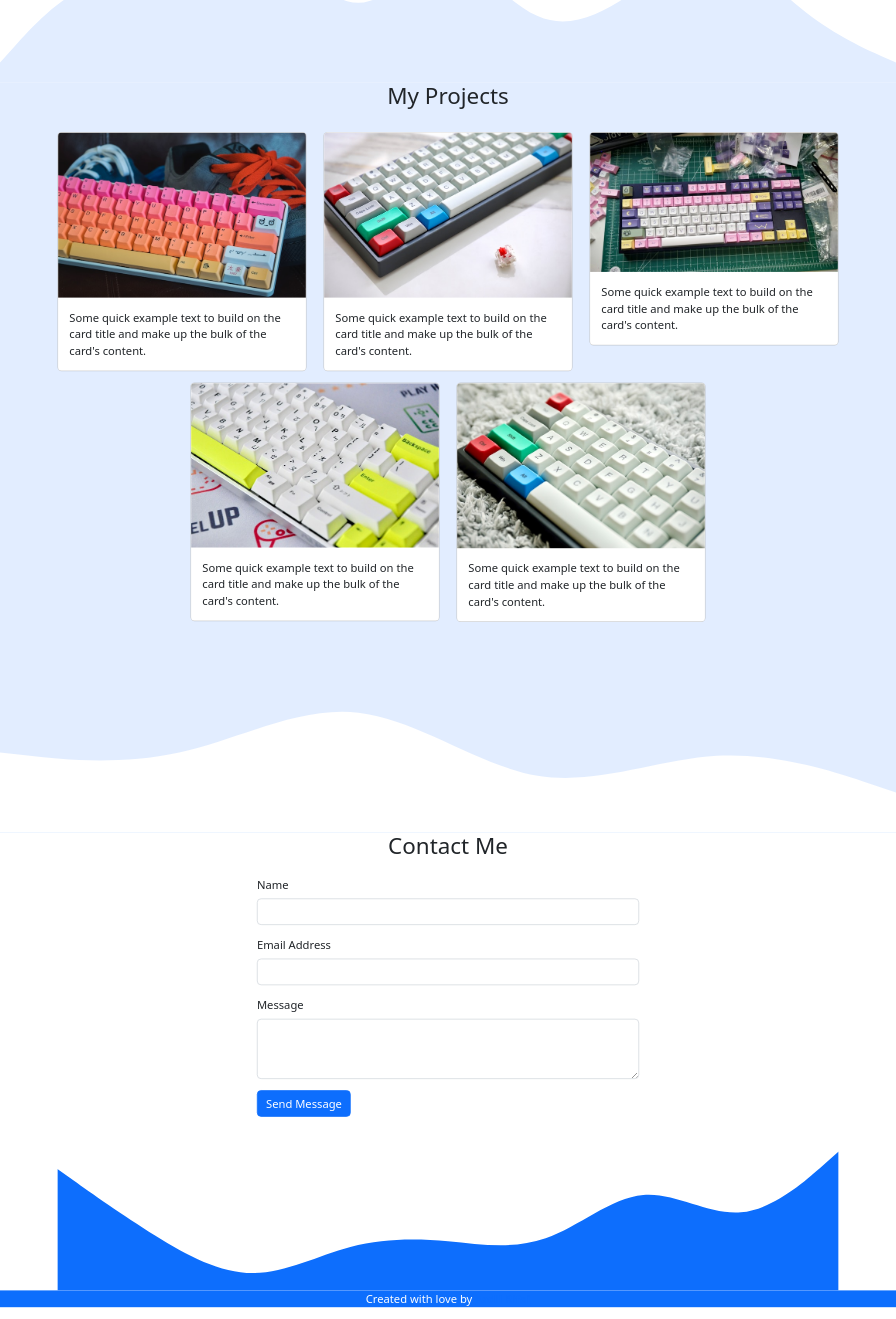
Repository: fadlyyy/fadli-dev.github.io
Page: index.html
The author's editor kept a copy of each file at every save. The page is drawn from the files as they stood at one save, then again after a run of saves.
The browser window is 1280 px wide. The pictures show the part of the page from y = 1368 to 3288 px (the page is 3252 px tall before and 3288 px after), at 70% of full size.

Above is the page before, as saved 2024-01-19 16:09:20.

### index.html
<!DOCTYPE html>
<html lang="en">
  <head>
    <meta charset="utf-8" />
    <meta name="viewport" content="width=device-width, initial-scale=1" />
    <title>Bootstrap demo</title>
    <link href="https://cdn.jsdelivr.net/npm/bootstrap@5.2.3/dist/css/bootstrap.min.css" rel="stylesheet" integrity="sha384-rbsA2VBKQhggwzxH7pPCaAqO46MgnOM80zW1RWuH61DGLwZJEdK2Kadq2F9CUG65" crossorigin="anonymous" />
    <link rel="stylesheet" href="style.css" />
  </head>
  <body>
    <!-- Navbar -->
    <nav class="navbar navbar-expand-lg navbar-dark bg-primary shadow">
      <div class="container">
        <a class="navbar-brand fs-3" href="#">Fadli Rifai</a>
        <button class="navbar-toggler" type="button" data-bs-toggle="collapse" data-bs-target="#navbarNav" aria-controls="navbarNav" aria-expanded="false" aria-label="Toggle navigation">
          <span class="navbar-toggler-icon"></span>
        </button>
        <div class="collapse navbar-collapse" id="navbarNav">
          <ul class="navbar-nav ms-auto">
            <li class="nav-item">
              <a class="nav-link active" aria-current="page" href="#">Home</a>
            </li>
            <li class="nav-item">
              <a class="nav-link" href="#">About</a>
            </li>
            <li class="nav-item">
              <a class="nav-link" href="#">Projects</a>
            </li>
            <li class="nav-item">
              <a class="nav-link" href="#">Contact</a>
            </li>
          </ul>
        </div>
      </div>
    </nav>
    <!-- Navbar End -->

    <!-- Jumbotron -->
    <section class="jumbotron text-center">
      <img class="rounded-circle img-thumbnail" src="img/images.jpeg" alt="" width="250" />
      <h1 class="display-4">Fadli Rifai</h1>
      <p class="lead">Fullstack Developer</p>
      <svg xmlns="http://www.w3.org/2000/svg" viewBox="0 0 1440 320">
        <path
          fill="#ffffff"
          fill-opacity="1"
          d="M0,160L24,176C48,192,96,224,144,245.3C192,267,240,277,288,261.3C336,245,384,203,432,181.3C480,160,528,160,576,170.7C624,181,672,203,720,213.3C768,224,816,224,864,218.7C912,213,960,203,1008,213.3C1056,224,1104,256,1152,261.3C1200,267,1248,245,1296,229.3C1344,213,1392,203,1416,197.3L1440,192L1440,320L1416,320C1392,320,1344,320,1296,320C1248,320,1200,320,1152,320C1104,320,1056,320,1008,320C960,320,912,320,864,320C816,320,768,320,720,320C672,320,624,320,576,320C528,320,480,320,432,320C384,320,336,320,288,320C240,320,192,320,144,320C96,320,48,320,24,320L0,320Z"
        ></path>
      </svg>
    </section>
    <!-- Jumbotron End -->

    <!-- About -->
    <section id="about">
      <div class="container">
        <div class="row text-center mb-4">
          <div class="col">
            <h2>About Me</h2>
          </div>
        </div>
        <div class="row justify-content-center fs-5 text-center">
          <div class="col-md-4">
            <p class="">
              Lorem, ipsum dolor sit amet consectetur adipisicing elit. Aliquid, et perspiciatis. Vero veritatis temporibus ipsa, tenetur natus dolores atque vitae laborum rerum! Pariatur est facilis fugit nemo. Incidunt repudiandae quod
              aspernatur asperiores, unde ea soluta.
            </p>
          </div>
          <div class="col-md-4">
            <p>
              Lorem ipsum dolor sit amet consectetur adipisicing elit. Perferendis rem quaerat, commodi laudantium quam sequi eos delectus, repudiandae magni aut harum nisi fugiat reiciendis natus similique accusantium non repellat
              consectetur facilis praesentium libero vel. Obcaecati modi nihil, aperiam sint qui animi optio laborum earum hic neque sed voluptatibus dolores reiciendis.
            </p>
          </div>
        </div>
      </div>
      <svg xmlns="http://www.w3.org/2000/svg" viewBox="0 0 1440 320">
        <path
          fill="#e2edff"
          fill-opacity="1"
          d="M0,288L24,261.3C48,235,96,181,144,165.3C192,149,240,171,288,160C336,149,384,107,432,117.3C480,128,528,192,576,192C624,192,672,128,720,128C768,128,816,192,864,213.3C912,235,960,213,1008,181.3C1056,149,1104,107,1152,112C1200,117,1248,171,1296,208C1344,245,1392,267,1416,277.3L1440,288L1440,320L1416,320C1392,320,1344,320,1296,320C1248,320,1200,320,1152,320C1104,320,1056,320,1008,320C960,320,912,320,864,320C816,320,768,320,720,320C672,320,624,320,576,320C528,320,480,320,432,320C384,320,336,320,288,320C240,320,192,320,144,320C96,320,48,320,24,320L0,320Z"
        ></path>
      </svg>
    </section>
    <!-- About End -->

    <!-- Section Projects -->
    <section id="projects">
      <div class="container">
        <div class="row mb-4">
          <div class="col text-center">
            <h2>My Projects</h2>
          </div>
        </div>
        <div class="row justify-content-center">
          <div class="col-md-4 mb-3 child">
            <div class="card">
              <img src="img/projects/Projects1.jpg" class="card-img-top" alt="..." />
              <div class="card-body">
                <p class="card-text">Some quick example text to build on the card title and make up the bulk of the card's content.</p>
              </div>
            </div>
          </div>
          <div class="col-md-4 mb-3 child">
            <div class="card">
              <img src="img/projects/Projects2.jpg" class="card-img-top" alt="..." />
              <div class="card-body">
                <p class="card-text">Some quick example text to build on the card title and make up the bulk of the card's content.</p>
              </div>
            </div>
          </div>
          <div class="col-md-4 mb-3 child">
            <div class="card">
              <img src="img/projects/Projects3.jpg" class="card-img-top" alt="..." />
              <div class="card-body">
                <p class="card-text">Some quick example text to build on the card title and make up the bulk of the card's content.</p>
              </div>
            </div>
          </div>
          <div class="col-md-4 mb-3 child">
            <div class="card">
              <img src="img/projects/Projects4.jpg" class="card-img-top" alt="..." />
              <div class="card-body">
                <p class="card-text">Some quick example text to build on the card title and make up the bulk of the card's content.</p>
              </div>
            </div>
          </div>
          <div class="col-md-4 mb-3 child">
            <div class="card">
              <img src="img/projects/Projects5.jpg" class="card-img-top" alt="..." />
              <div class="card-body">
                <p class="card-text">Some quick example text to build on the card title and make up the bulk of the card's content.</p>
              </div>
            </div>
          </div>
        </div>
      </div>
      <svg xmlns="http://www.w3.org/2000/svg" viewBox="0 0 1440 320"><path fill="#fff" fill-opacity="1" d="M0,192L48,197.3C96,203,192,213,288,192C384,171,480,117,576,128C672,139,768,213,864,229.3C960,245,1056,203,1152,197.3C1248,192,1344,224,1392,240L1440,256L1440,320L1392,320C1344,320,1248,320,1152,320C1056,320,960,320,864,320C768,320,672,320,576,320C480,320,384,320,288,320C192,320,96,320,48,320L0,320Z"></path></svg>
    </section>
    <!-- End Section Projects -->

    <!-- Contact -->
    <section id="contact">
      <div class="container">
        <div class="row text-center mb-3">
          <div class="col">
            <h2>Contact Me</h2>
          </div>
        </div>
        <div class="row justify-content-center">
          <div class="col-md-6">
            <form>
              <div class="mb-3">
                <label for="name" class="form-label">Name</label>
                <input type="text" class="form-control" id="name" aria-describedby="name" />
              </div>
              <div class="mb-3">
                <label for="email" class="form-label">Email Address</label>
                <input type="email" class="form-control" id="email" aria-describedby="email" />
              </div>
              <div class="mb-3">
                <label for="message" class="form-label">Message</label>
                <textarea class="form-control" id="message" rows="3"></textarea>
              </div>
              <button type="submit" class="btn btn-primary">Send Message</button>
            </form>
          </div>
        </div>
        <svg xmlns="http://www.w3.org/2000/svg" viewBox="0 0 1440 320"><path fill="#0d6efd" fill-opacity="1" d="M0,96L30,117.3C60,139,120,181,180,218.7C240,256,300,288,360,288C420,288,480,256,540,240C600,224,660,224,720,229.3C780,235,840,245,900,224C960,203,1020,149,1080,144C1140,139,1200,181,1260,176C1320,171,1380,117,1410,90.7L1440,64L1440,320L1410,320C1380,320,1320,320,1260,320C1200,320,1140,320,1080,320C1020,320,960,320,900,320C840,320,780,320,720,320C660,320,600,320,540,320C480,320,420,320,360,320C300,320,240,320,180,320C120,320,60,320,30,320L0,320Z"></path></svg>
      </div>
    <!-- End Contact -->

    <!-- Footer -->
    <footer class="bg-primary text-center">
      <p class="text-white">Created with love by <a href="#" class="fw-bold">Fadli Rifai</a></p>
    </footer>
    <!-- Footer End -->

    <script src="https://cdn.jsdelivr.net/npm/bootstrap@5.2.3/dist/js/bootstrap.bundle.min.js" integrity="sha384-kenU1KFdBIe4zVF0s0G1M5b4hcpxyD9F7jL+jjXkk+Q2h455rYXK/7HAuoJl+0I4" crossorigin="anonymous"></script>
  </body>
</html>

### style.css
.jumbotron {
  padding-top: 2rem;
  background-color: #e2edff;
}

#projects {
  background-color: #e2edff;
}

#projects .child {
  transition: all 0.2s ease-in-out;
}

#projects .child:hover {
  scale: 1.04;
}

After the next 2 saves:
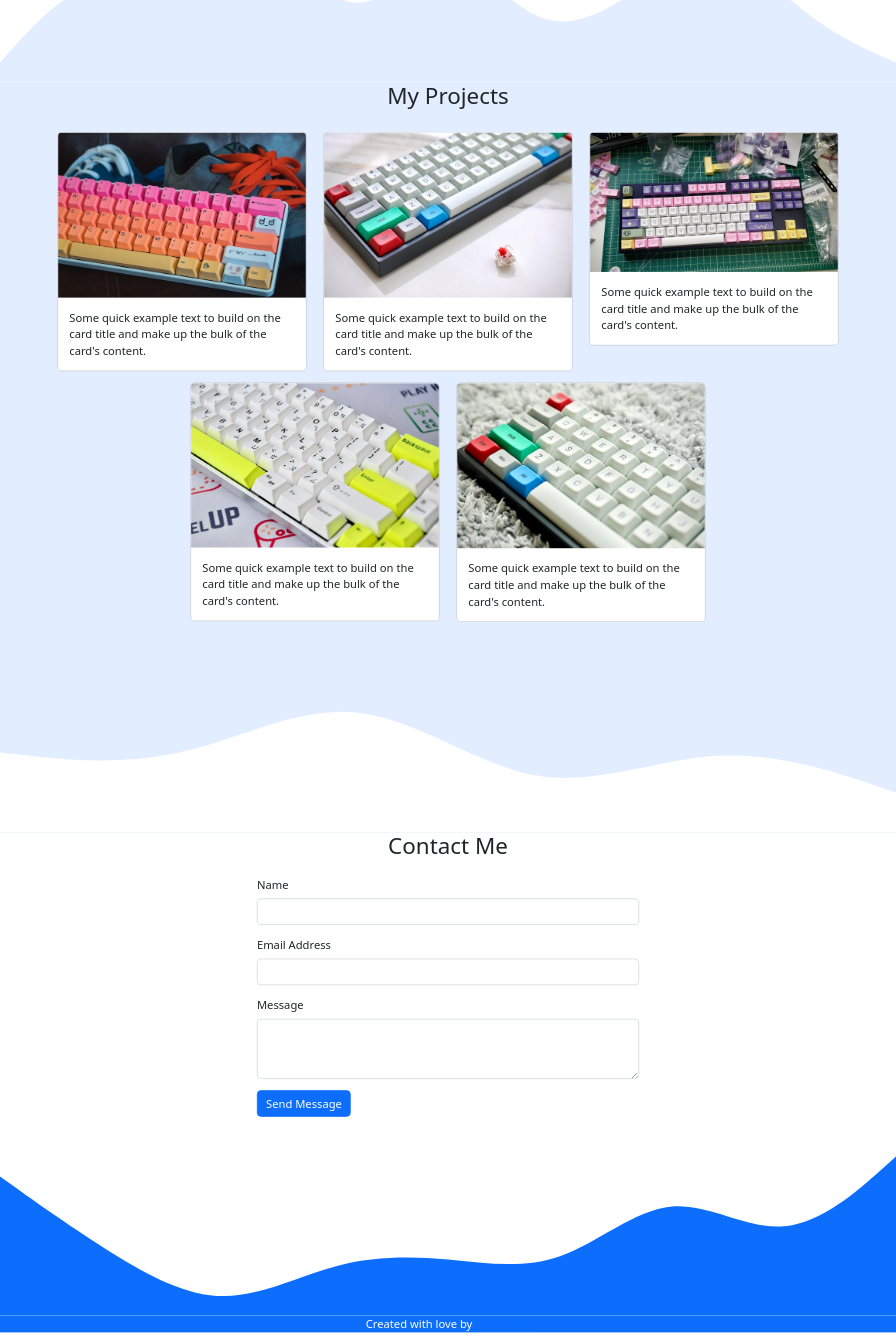
The 2 saves are shown as one change because they came seconds apart.
The last was saved 29 s later.
--- a/index.html
+++ b/index.html
@@ -134,7 +134,13 @@
           </div>
         </div>
       </div>
-      <svg xmlns="http://www.w3.org/2000/svg" viewBox="0 0 1440 320"><path fill="#fff" fill-opacity="1" d="M0,192L48,197.3C96,203,192,213,288,192C384,171,480,117,576,128C672,139,768,213,864,229.3C960,245,1056,203,1152,197.3C1248,192,1344,224,1392,240L1440,256L1440,320L1392,320C1344,320,1248,320,1152,320C1056,320,960,320,864,320C768,320,672,320,576,320C480,320,384,320,288,320C192,320,96,320,48,320L0,320Z"></path></svg>
+      <svg xmlns="http://www.w3.org/2000/svg" viewBox="0 0 1440 320">
+        <path
+          fill="#fff"
+          fill-opacity="1"
+          d="M0,192L48,197.3C96,203,192,213,288,192C384,171,480,117,576,128C672,139,768,213,864,229.3C960,245,1056,203,1152,197.3C1248,192,1344,224,1392,240L1440,256L1440,320L1392,320C1344,320,1248,320,1152,320C1056,320,960,320,864,320C768,320,672,320,576,320C480,320,384,320,288,320C192,320,96,320,48,320L0,320Z"
+        ></path>
+      </svg>
     </section>
     <!-- End Section Projects -->
 
@@ -165,8 +171,15 @@
             </form>
           </div>
         </div>
-        <svg xmlns="http://www.w3.org/2000/svg" viewBox="0 0 1440 320"><path fill="#0d6efd" fill-opacity="1" d="M0,96L30,117.3C60,139,120,181,180,218.7C240,256,300,288,360,288C420,288,480,256,540,240C600,224,660,224,720,229.3C780,235,840,245,900,224C960,203,1020,149,1080,144C1140,139,1200,181,1260,176C1320,171,1380,117,1410,90.7L1440,64L1440,320L1410,320C1380,320,1320,320,1260,320C1200,320,1140,320,1080,320C1020,320,960,320,900,320C840,320,780,320,720,320C660,320,600,320,540,320C480,320,420,320,360,320C300,320,240,320,180,320C120,320,60,320,30,320L0,320Z"></path></svg>
       </div>
+      <svg xmlns="http://www.w3.org/2000/svg" viewBox="0 0 1440 320">
+        <path
+          fill="#0d6efd"
+          fill-opacity="1"
+          d="M0,96L30,117.3C60,139,120,181,180,218.7C240,256,300,288,360,288C420,288,480,256,540,240C600,224,660,224,720,229.3C780,235,840,245,900,224C960,203,1020,149,1080,144C1140,139,1200,181,1260,176C1320,171,1380,117,1410,90.7L1440,64L1440,320L1410,320C1380,320,1320,320,1260,320C1200,320,1140,320,1080,320C1020,320,960,320,900,320C840,320,780,320,720,320C660,320,600,320,540,320C480,320,420,320,360,320C300,320,240,320,180,320C120,320,60,320,30,320L0,320Z"
+        ></path>
+      </svg>
+    </section>
     <!-- End Contact -->
 
     <!-- Footer -->
